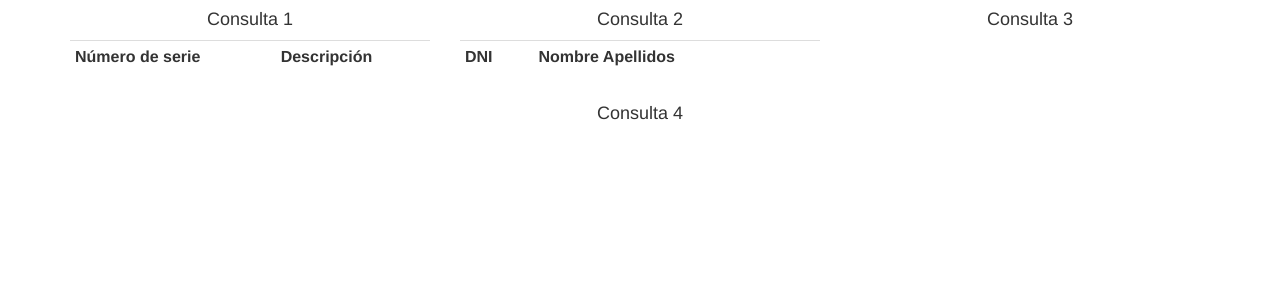
Repository: Myugen/EjercicioPHP
Page: http://localhost/Ejercicio2/index.php
These files come from the project's save history. The page is drawn as it stood at one moment and after the next save; the edit follows.
The browser window is 1280 px wide. The pictures show the whole page.
Some web libraries are served in a nearby version. The page is run by PHP 8.4 with error messages shown; the project is at /var/www/html/. Queries for data that is not in the repository find no rows.

Above is the page before, as saved 2015-11-18 13:49:53.

### Actividades5-2/Ejercicio2/index.php
<!DOCTYPE HTML PUBLIC "-//W3C//DTD HTML 4.01 Frameset//EN">
<html>
<head>
<meta name="viewport" content="width=device-width, initial-scale=1">
<link rel="stylesheet" href="http://maxcdn.bootstrapcdn.com/bootstrap/3.3.5/css/bootstrap.min.css">
<script src="https://ajax.googleapis.com/ajax/libs/jquery/1.11.3/jquery.min.js"></script>
<script src="http://maxcdn.bootstrapcdn.com/bootstrap/3.3.5/js/bootstrap.min.js"></script>
<meta http-equiv="Content-Type" content="text/html; charset=UTF-8">
<title>Consultas Base de Datos Vivero de empresas</title>
</head>
<body>
<?php
	$conexion = new mysqli("localhost", "root", "admin", "eje5_2_DB") or
	die("<div class='alert aler-danger text-center'><p>No es posible conectarse a la
	base de datos. Compruebe que los datos de conexión, usuario y/o contraseña son correctos.</p></div>");
?>
	<div class="container text-center">
	<div class="row">
		<div class="col-md-4">
			<h4>Consulta 1</h4>
			<?php
			$consulta1 = "SELECT r.numserie, r.descripcion
						  FROM recursos as r
						  WHERE NOT EXISTS (SELECT t.numserie
					                        FROM tiempo_uso as t
					                        WHERE r.numserie = t.numserie)";
			if($resultado = $conexion->query($consulta1)) {
				echo "<table class='table table-condensed'>";
				echo "<tr><th>Número de serie</th><th>Descripción</th></tr>";
				while($row = $resultado->fetch_row()){
					echo "<tr><td>" . utf8_encode($row[0]) . "</td><td>" . utf8_encode($row[1]) . "</td></tr>";
				}
				echo "</table>";
			}
			else {
				echo "<p class='text-danger'>Consulta no resuelta. Error $conexion->errno : $conexion->error </p><br>";
			}
			?>
		</div>
		<div class="col-md-4">
			<h4>Consulta 2</h4>
			<?php
			$consulta2 = "SELECT p.dni, p.nombre_y_apellidos
						  FROM profesionales as p
						  WHERE p.dni IN (SELECT t.dni
					                        FROM tiempo_uso as t
					                        WHERE p.dni = t.dni)
					      ORDER BY(p.nombre_y_apellidos)";
			if($resultado = $conexion->query($consulta2)) {
				echo "<table class='table table-condensed'>";
				echo "<tr><th>DNI</th><th>Nombre Apellidos</th></tr>";
				while($row = $resultado->fetch_row()){
					echo "<tr><td>" . utf8_encode($row[0]) . "</td><td>" . utf8_encode($row[1]) . "</td></tr>";
				}
				echo "</table>";
			}
			else {
				echo "<p class='text-danger'>Consulta no resuelta. Error $conexion->errno : $conexion->error </p><br>";
			}
			?>
		</div>
		<div class="col-md-4">
			<h4>Consulta 3</h4>
			<?php

			?>
		</div>
	</div>
	<div class="row">
		<div class="col-md-12">
			<h4>Consulta 4</h4>
			<?php

			?>
		</div>
	</div>
	</div>
</body>
</html>

After the next save:
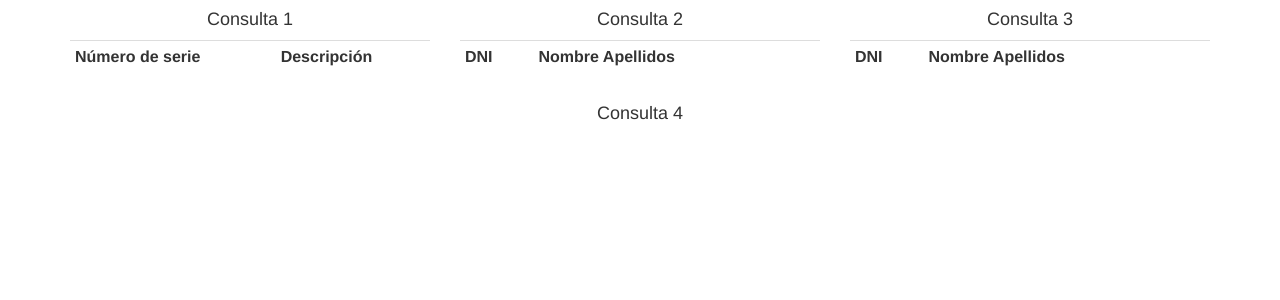
Saved 24 s later.
--- a/Actividades5-2/Ejercicio2/index.php
+++ b/Actividades5-2/Ejercicio2/index.php
@@ -62,7 +62,23 @@
 		<div class="col-md-4">
 			<h4>Consulta 3</h4>
 			<?php
-
+			$consulta3 = "SELECT p.dni, p.nombre_y_apellidos
+						  FROM profesionales as p
+						  WHERE p.dni IN (SELECT t.dni
+					                        FROM tiempo_uso as t
+					                        WHERE p.dni = t.dni)
+					      ORDER BY(p.nombre_y_apellidos)";
+			if($resultado = $conexion->query($consulta3)) {
+				echo "<table class='table table-condensed'>";
+				echo "<tr><th>DNI</th><th>Nombre Apellidos</th></tr>";
+				while($row = $resultado->fetch_row()){
+					echo "<tr><td>" . utf8_encode($row[0]) . "</td><td>" . utf8_encode($row[1]) . "</td></tr>";
+				}
+				echo "</table>";
+			}
+			else {
+				echo "<p class='text-danger'>Consulta no resuelta. Error $conexion->errno : $conexion->error </p><br>";
+			}
 			?>
 		</div>
 	</div>
